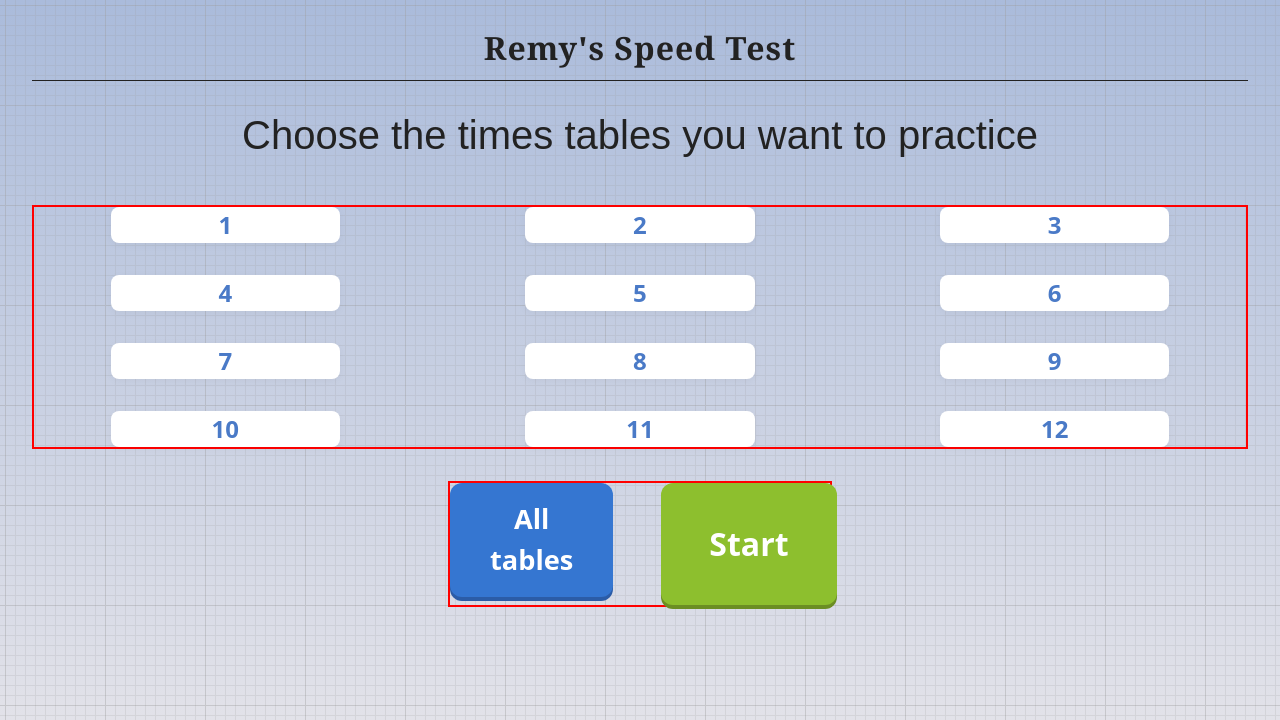
Repository: Chinurum-Omenuko/remys-speed-test
Page: / (app in app/)
An editor plug-in stored every save of this project. The page is shown before and after the next save, followed by the edit.
The browser window is 1280 px wide. The pictures show the whole page.
The project was rebuilt for these pictures with package versions that can differ from the ones it lists, and the page was loaded fresh each time. The framework's server and built-in components were replaced by stand-ins that run in the browser. Also part of the build but not shown: app/svelte.config.js, app/vite.config.ts.

Above is the page before, as saved 2025-11-17 13:34:14.

After the next save:
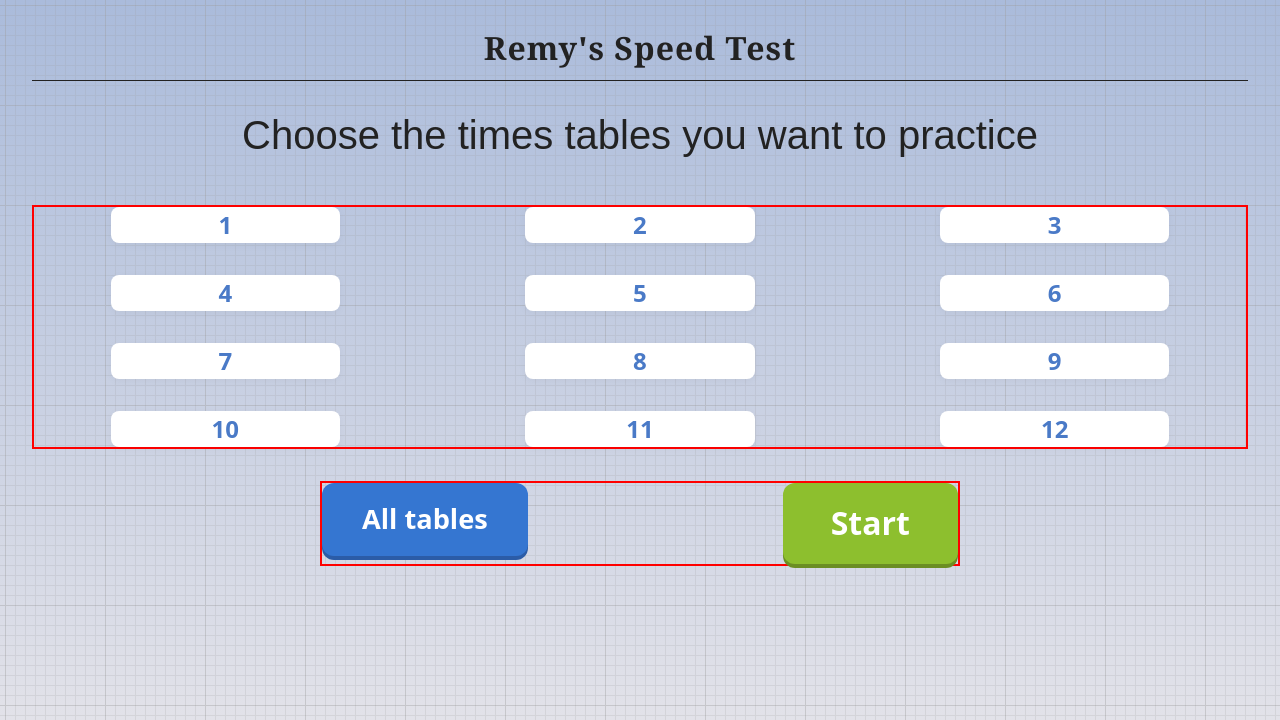
Saved 5 s later.
--- a/app/src/routes/+page.svelte
+++ b/app/src/routes/+page.svelte
@@ -198,7 +198,7 @@
 			align-items: stretch;
 			gap: 2rem;
 			border: solid 2px red;
-			width: 30vw;
+			width: 50vw;
 		}
 	}
 	@media (min-width: 640px) {
